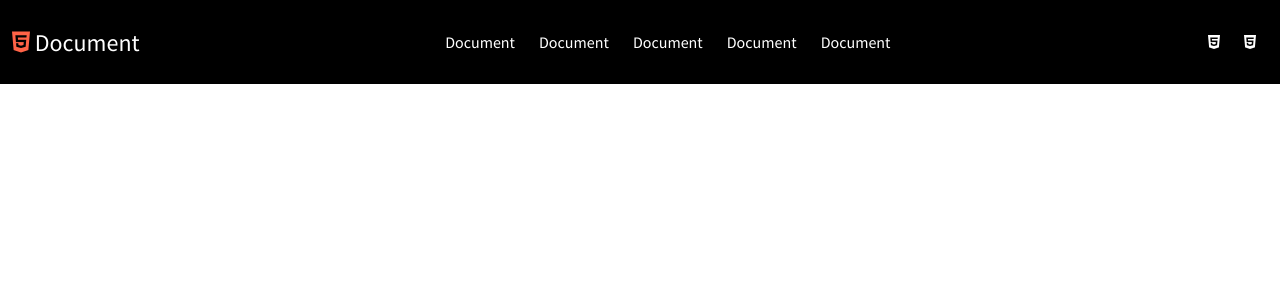
Repository: GoodHoneyCake/Dream_Coding_Academy2
Page: index.html
These files come from the project's save history. The page is drawn as it stood at one moment and after the next save; the edit follows.
The browser window is 1280 px wide. The pictures show the whole page.
Some web libraries are served in a nearby version.

Above is the page before, as saved 2021-01-07 16:39:06.

After the next save:
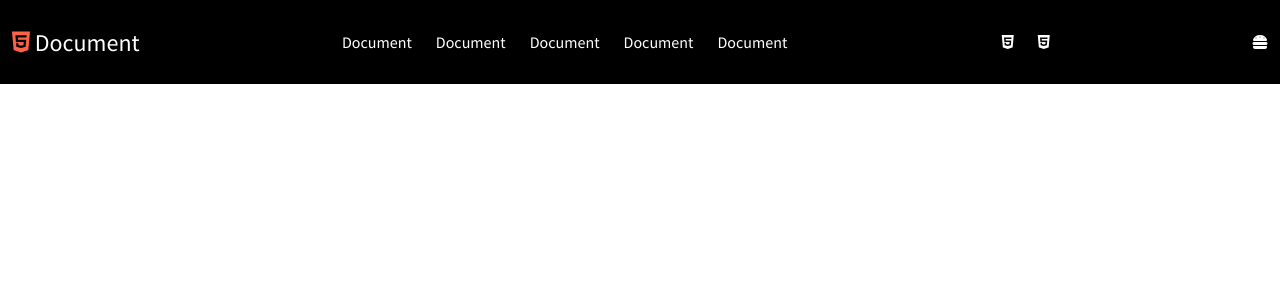
Saved 76 s later.
--- a/index.html
+++ b/index.html
@@ -32,6 +32,8 @@
         <li><i class="fab fa-html5"></i></li>
         <li><i class="fab fa-html5"></i></li>
       </ul>
+
+      <a href="" class="navbar__toggleBtn"><i class="fas fa-hamburger"></i></a>
     </nav>
   </body>
 </html>

After the 2 saves that followed:
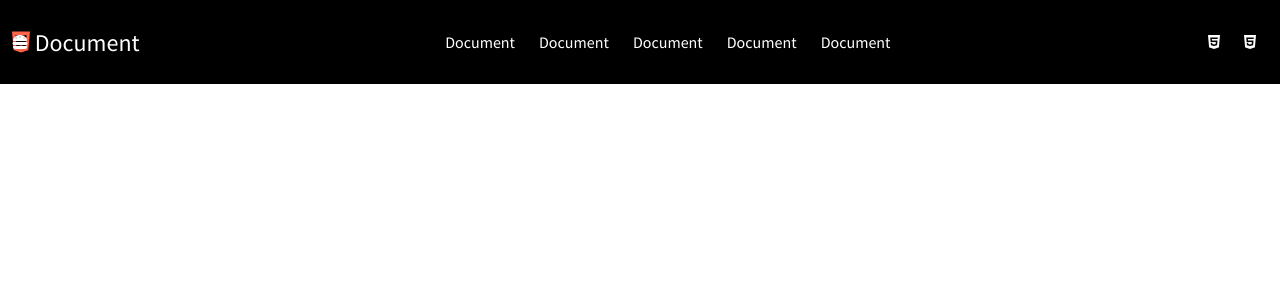
The 2 saves are shown as one change because 1 left the picture as it was.
The last was saved 66 s later.
--- a/index.html
+++ b/index.html
@@ -33,7 +33,9 @@
         <li><i class="fab fa-html5"></i></li>
       </ul>
 
-      <a href="" class="navbar__toggleBtn"><i class="fas fa-hamburger"></i></a>
+      <a href="" class="navbar__toggleBtn">
+        <i class="fas fa-hamburger"></i>
+      </a>
     </nav>
   </body>
 </html>
--- a/style.css
+++ b/style.css
@@ -51,6 +51,10 @@
   padding: 8px 12px;
 }
 
+.navbar__toggleBtn {
+  position: absolute;
+}
+
 @media screen and (max-width: 768px) {
   .navbar {
     flex-direction: column;
